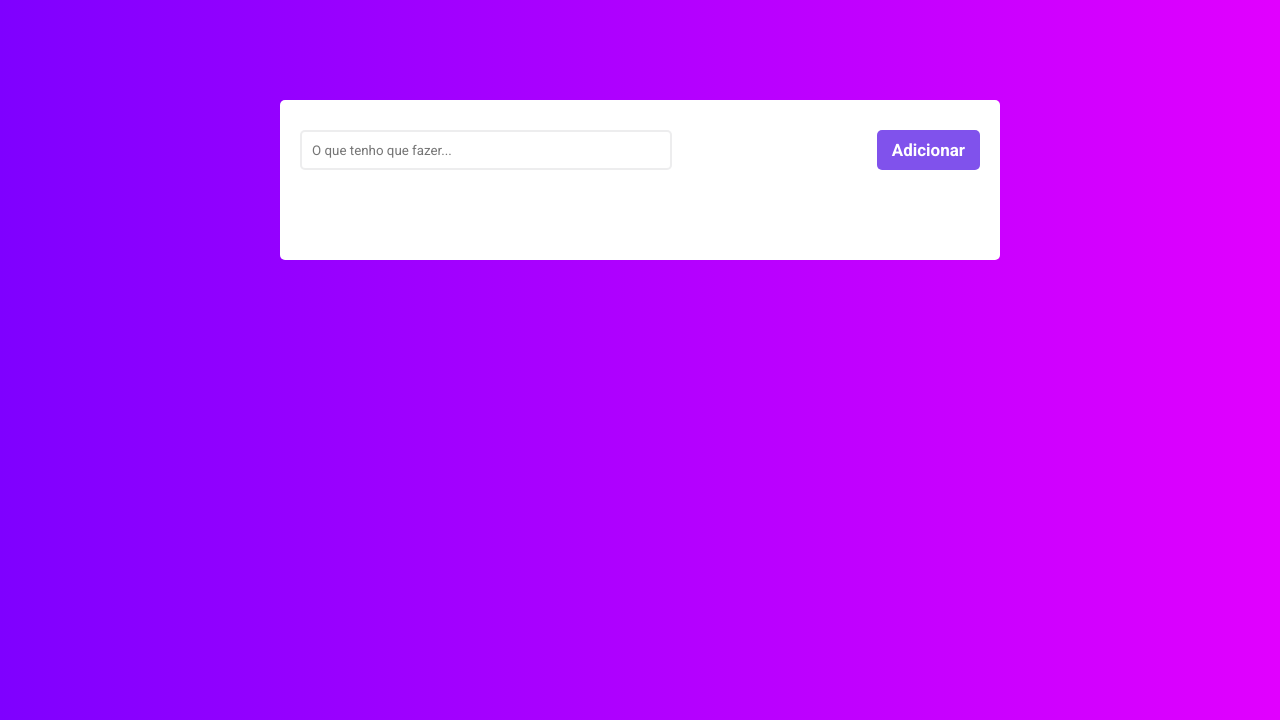
Repository: PLSR12/ToDoList
Page: index.html
The author's editor kept a copy of each file at every save. The page is drawn from the files as they stood at one save, then again after the next save.
The browser window is 1280 px wide. The pictures show the whole page.
Some web libraries are served in a nearby version.

Above is the page before, as saved 2022-01-14 12:58:24.

### index.html
<!DOCTYPE html>
<html lang="pt-br">

<head>
    <meta charset="UTF-8">
    <meta http-equiv="X-UA-Compatible" content="IE=edge">
    <meta name="viewport" content="width=device-width, initial-scale=1.0">
    <script src="https://kit.fontawesome.com/7a5bd120bc.js" crossorigin="anonymous"></script>
    <link rel="stylesheet" href="./styles.css">
    <link rel="preconnect" href="https://fonts.googleapis.com">
    <link rel="preconnect" href="https://fonts.gstatic.com" crossorigin>
    <link href="https://fonts.googleapis.com/css2?family=Roboto:wght@100;400;700&display=swap" rel="stylesheet">
    <title> Lista de Tarefas </title>
</head>

<body>

    <div class="container">
        <input id="input-principal" placeholder="O que tenho que fazer...">

        <button id="botao-adicionar"> Adicionar </button>

        <ul id="tarefas">

        </ul>
    </div>

</body>

<script src="./scripts.js">

</script>

</html>

### styles.css

* {
    margin: 0;
    padding: 0;
    box-sizing: border-box;
    outline: none;
    font-family: 'Roboto', sans-serif;
}

body {
    background: linear-gradient(90deg, #7F00FF 0%, #E100FF 100%);
}


#botao-adicionar {
    background: #8052EC;
    border-radius: 5px;
    height: 40px;
    border: none;
    padding: 0 15px;
    color: #FFFFFF;
    font-size: 17px;
    cursor: pointer;
    float: right;
    font-weight: 700;
}

#botao-adicionar:hover{
    opacity: 0.8;
}

#botao-adicionar:active {
    opacity: 0.6;
}

.container {
    background: #FFFFFF;
    width: 100vh;
    margin-bottom: 100px;
    border-radius: 5px;
    margin-top: 100px;
    margin-left: auto;
    margin-right: auto;
    padding: 30px 20px;
}

#input-principal {
    width: 372px;
    height: 40px;
    border: 2px solid rgba(209, 211, 212, 0.4);
    border-radius: 5px;
    padding-left: 10px;
}

#tarefas {
    width: 100%;
    list-style: none;
    margin-top: 60px;
}

.item-tarefa {
    background: #F2F2F2;
    box-shadow: 1px 4px 10px rgba(0, 0, 0, 0.2);
    border-radius: 5px;
    padding: 20px 45px;
    cursor: pointer;
    position: relative;
    margin-top: 30px;
}

.nome-tarefa {
    color: #000000;
    font-size: 15px;
}

.botao-delete {
    border: none;
    background: transparent;
    position: absolute;
    right: 0;
    top: 0;
    height: 100%;
    width: 40px;
    cursor: pointer;
    opacity: 0;
    transition: opacity 0.5s ease-in-out;
}

.fa-trash{
    color: red;
}

.botao-foguete {
    border: none;
    background: transparent;
    position: absolute;
    left: 0;
    top: 0;
    height: 100%;
    width: 40px;
    cursor: pointer;
    opacity: 0;
    transition: opacity 0.5s ease-in-out;
}

.fa-rocket {
    color:#4F0FC5;
}

.item-tarefa:hover .botao-delete{
    opacity: 1;
}

.item-tarefa:hover .botao-foguete{
    opacity: 1;
}

.concluido{
   background-color: #d4f88d;
   text-decoration: line-through;
}

### scripts.js
let input = document.getElementById("input-principal");
let button = document.getElementById("botao-adicionar");
let tarefa = document.getElementById("nome-tarefa-id");
let listaCompleta = document.getElementById("tarefas");

let arrayDeTarefas = [];
recarregarTarefas();

function mostrarTarefas() {
  let novaLi = "";

  arrayDeTarefas.forEach((tarefa, index) => {
    novaLi =
      novaLi +
      `
        <li class="item-tarefa ${tarefa.concluida == true ? "concluido" : ""} ">
            <button class="botao-foguete" onclick="concluirTarefa(${index})">
                <i class="fas fa-rocket"></i>
            </button>

            <p class="nome-tarefa ${
              tarefa.concluida == true ? "concluido" : ""
            }" id="nome-tarefa-id">${tarefa.tarefa}</p>

            <button class="botao-delete" onclick="deletarTarefa(${index})">
                <i class="fas fa-trash"></i>
            </button>
        </li>
`;
  });

  listaCompleta.innerHTML = novaLi;

  localStorage.setItem("lista", JSON.stringify(arrayDeTarefas));
}

function deletarTarefa(index) {
  arrayDeTarefas.splice(index, 1);

  mostrarTarefas();
}

function adicionarTarefa() {
  if (input.value) {
    arrayDeTarefas.push({
      tarefa: input.value,
      concluida: false,
    });
  } else {
    alert("Digite uma tarefa");
  }

  input.value = "";
  mostrarTarefas();
}

function concluirTarefa(index) {
  arrayDeTarefas[index].concluida = !arrayDeTarefas[index].concluida;

  mostrarTarefas();
}

function recarregarTarefas() {
  let minhasTarefas = localStorage.getItem("lista");

  if (minhasTarefas) {
    arrayDeTarefas = JSON.parse(minhasTarefas);

    mostrarTarefas();
  }
}

function adicionarPeloEnter(teclas) {
  if (teclas.key === "Enter") {
    adicionarTarefa();
  }
}

button.addEventListener("click", adicionarTarefa);

document.addEventListener("keypress", adicionarPeloEnter);

After the next save:
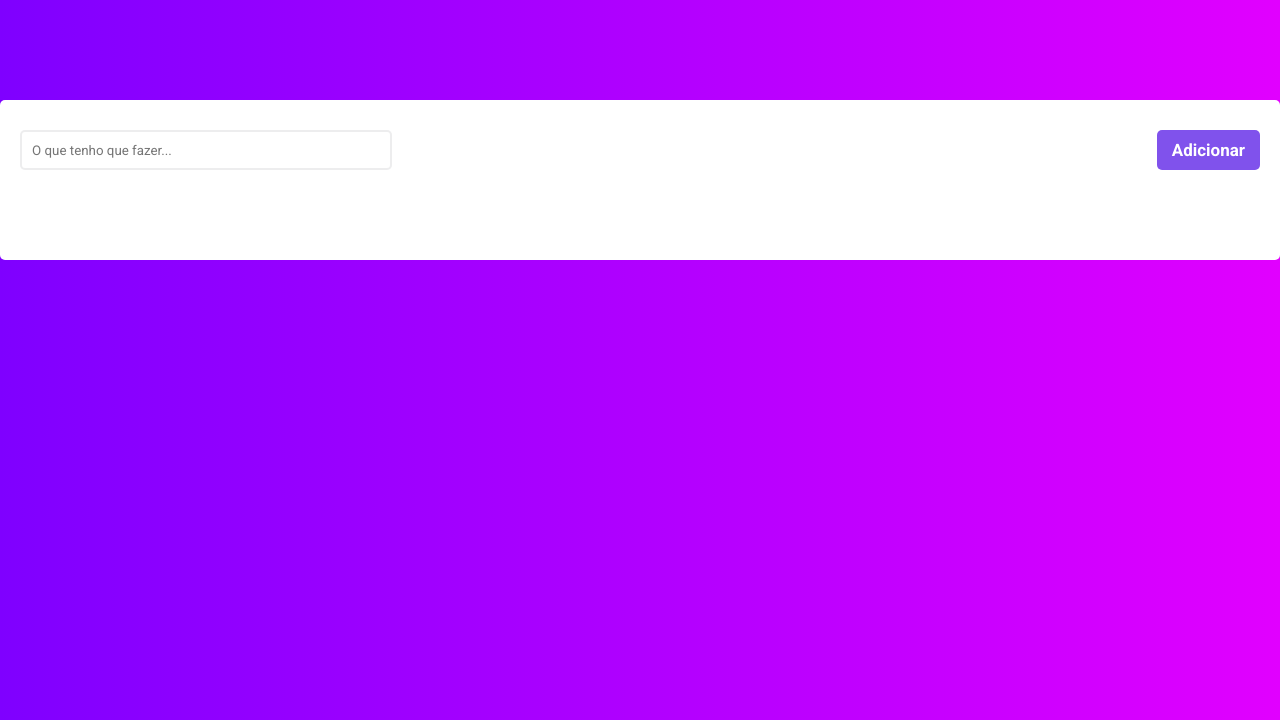
Saved 16 s later.
--- a/styles.css
+++ b/styles.css
@@ -35,7 +35,7 @@ body {
 
 .container {
     background: #FFFFFF;
-    width: 100vh;
+    width: 100%;
     margin-bottom: 100px;
     border-radius: 5px;
     margin-top: 100px;
